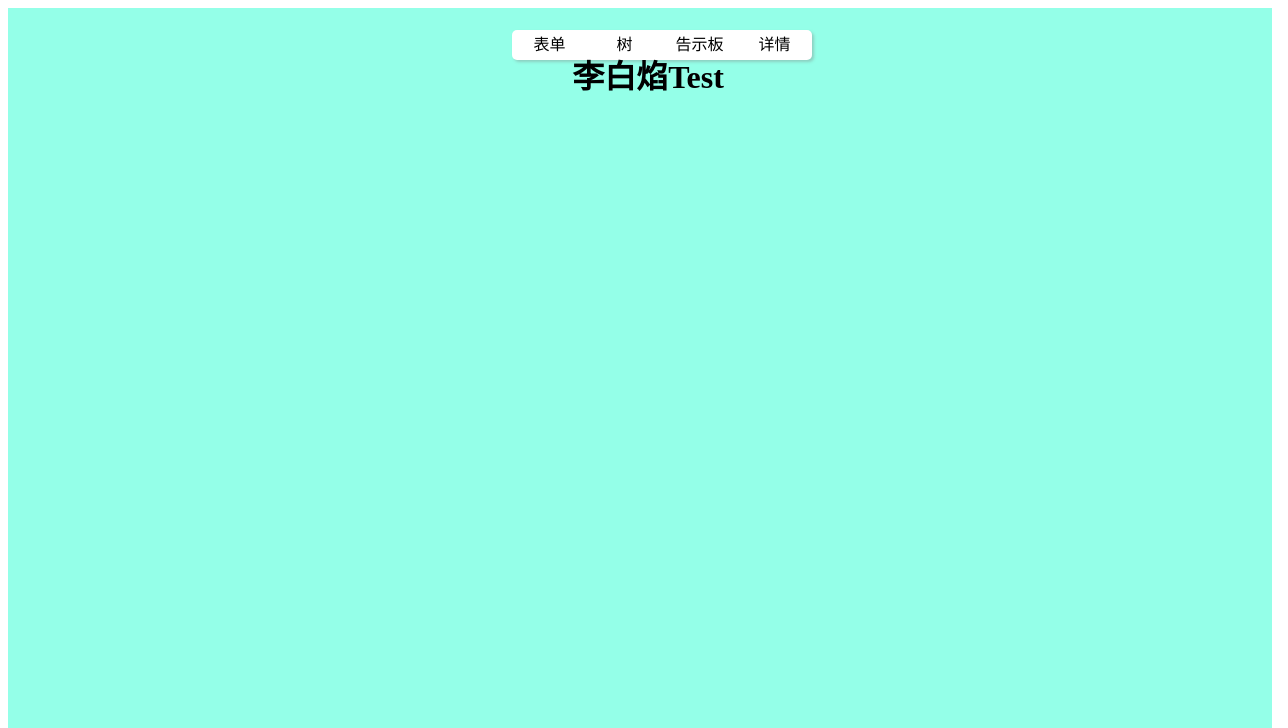
Repository: lxl0302/ClassBegin_-sound_code
Page: /
These files come from the project's save history. The page is drawn as it stood at one moment and after the next save; the edit follows.
The browser window is 1280 px wide. The page is 1288 px wide, so the pictures cover 1288 px, including what lies to the right of the window. The pictures show the whole page.
The project was rebuilt for these pictures with package versions that can differ from the ones it lists, and the page was loaded fresh each time. Also part of the build but not shown: src/form/Form.vue, src/form/FromItem.vue, src/form/Input.vue, src/notice/KNotice.vue, src/form/index.vue, src/tree/Item1.vue, src/tree/index1.vue.

Above is the page before, as saved 2020-07-08 17:05:22.

After the next save:
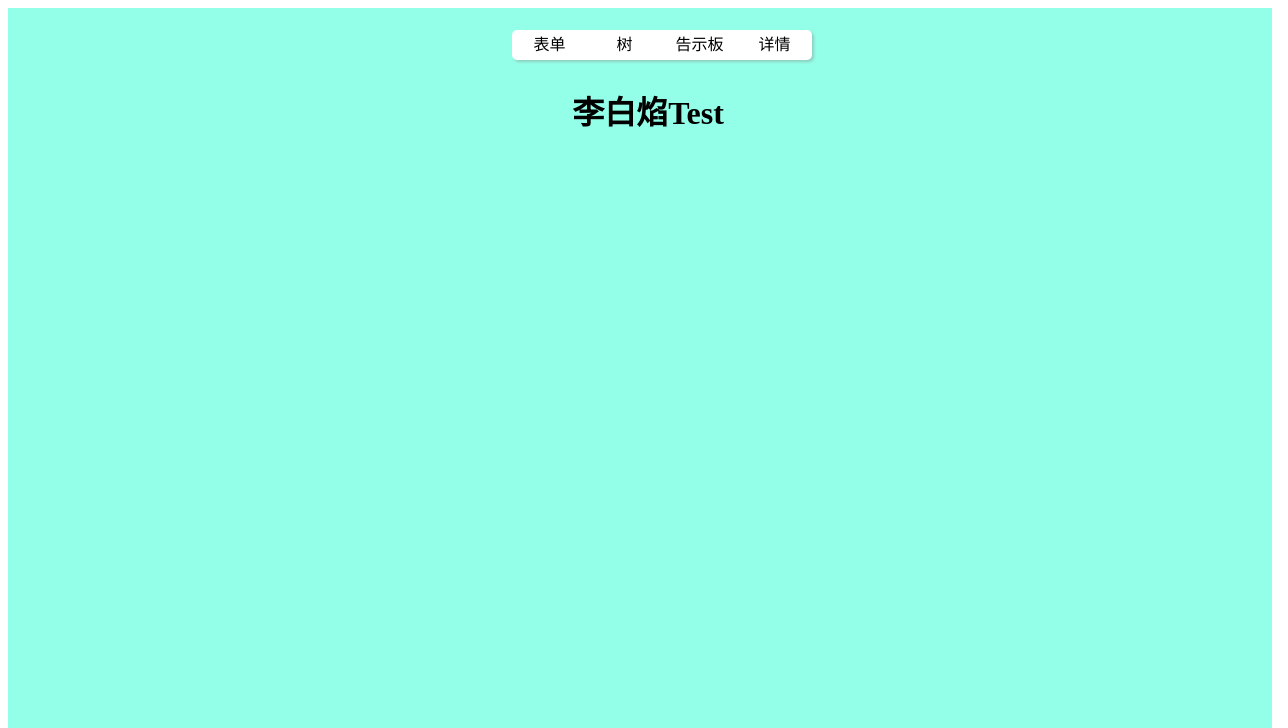
Saved 4 s later.
--- a/src/views/homepage.vue
+++ b/src/views/homepage.vue
@@ -20,7 +20,7 @@ export default {
 .baiyan{
   width: 100%;
   position: absolute;
-  top: 30px;
+  top: 66px;
   text-align: center;
 }
 </style>
